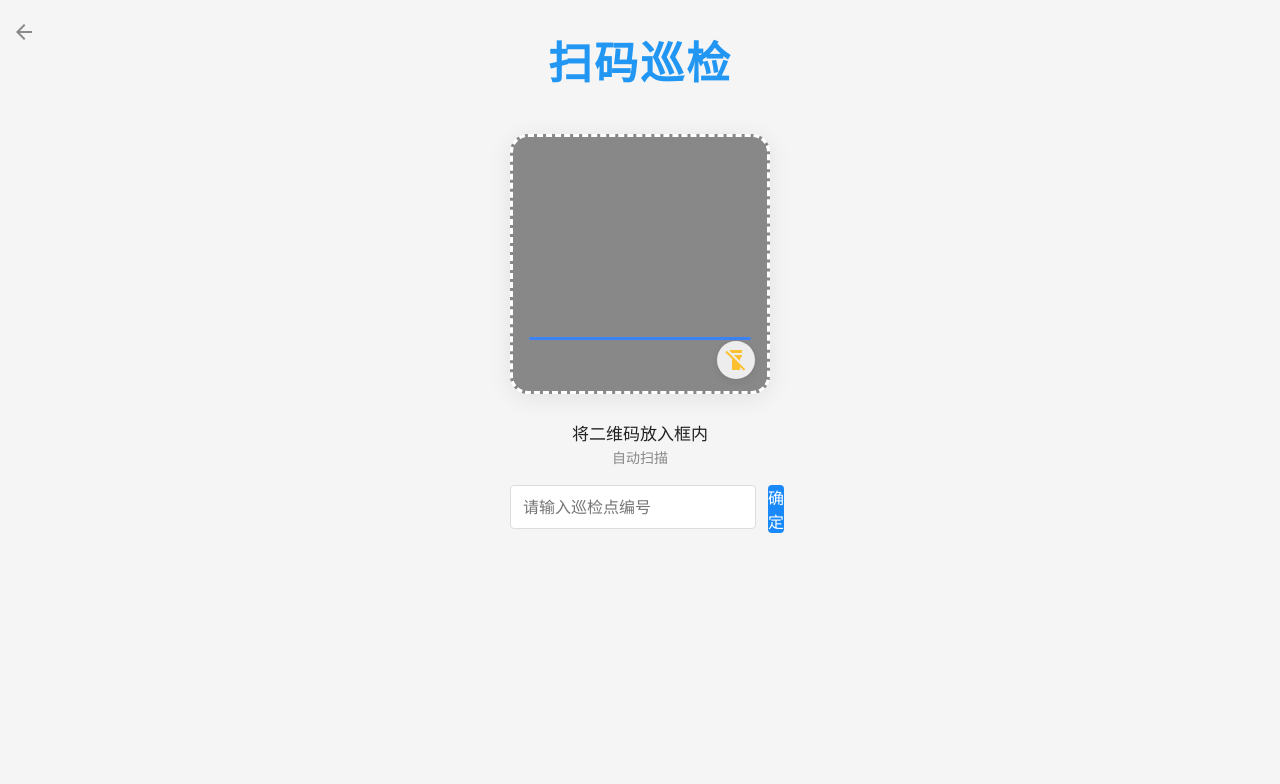
Repository: andyzheung/check-app
Page: /scan (app in App/web/)
An editor plug-in stored every save of this project. The page is shown before and after the next save, followed by the edit.
The browser window is 1280 px wide. The pictures show the whole page.
Some web fonts or font styles are not loaded; a fallback is used. The project was rebuilt for these pictures with package versions that can differ from the ones it lists, and the page was loaded fresh each time. Also part of the build but not shown: App/web/vite.config.js, App/web/src/api/record.js, App/web/src/views/RecordEdit.vue, App/web/src/views/InspectionForm.vue.

Above is the page before, as saved 2025-05-28 20:16:12.

### App/web/index.html
<!DOCTYPE html>
<html lang="zh-CN">
<head>
  <meta charset="UTF-8" />
  <meta name="viewport" content="width=device-width, initial-scale=1, maximum-scale=1, user-scalable=no" />
  <title>巡检系统</title>
</head>
<body>
  <div id="app"></div>
  <script type="module" src="/src/main.js"></script>
</body>
</html>

### App/web/src/App.vue
<template>
  <router-view />
</template>

<script setup>
</script>

<style>
body {
  margin: 0;
  font-family: 'PingFang SC', 'Microsoft YaHei', Arial, sans-serif;
  background: #f7f7f7;
  -webkit-font-smoothing: antialiased;
  -moz-osx-font-smoothing: grayscale;
}

#app {
  width: 100%;
  height: 100vh;
}
</style>

### App/web/src/assets/css/common.css
@import url('https://fonts.googleapis.com/icon?family=Material+Icons');
@import url('../icons/material-icons.css');

/* 公共样式 */
:root {
    --primary-color: #2196F3;
    --success-color: #4CAF50;
    --error-color: #F44336;
    --background-color: #F5F5F5;
    --text-color: #333333;
    --card-background: #FFFFFF;
}

* {
    margin: 0;
    padding: 0;
    box-sizing: border-box;
    font-family: 'Roboto', sans-serif;
}

html {
    font-size: 16px;
}

body {
    min-height: 100vh;
    background-color: var(--background-color);
    color: var(--text-color);
    padding-bottom: 64px; /* 预留底部导航栏空间 */
}

/* 底部导航样式 */
.bottom-nav {
    position: fixed;
    left: 0;
    right: 0;
    bottom: 0;
    width: 100vw;
    z-index: 100;
    padding-bottom: env(safe-area-inset-bottom);
    height: 56px;
    box-shadow: 0 -2px 10px rgba(0,0,0,0.05);
    background: #fff;
    display: flex;
    justify-content: space-around;
    align-items: center;
}

.nav-item {
    display: flex;
    flex-direction: column;
    align-items: center;
    color: #666;
    text-decoration: none;
}

.nav-item.active {
    color: var(--primary-color);
}

/* 返回按钮样式 */
.back-button {
    color: inherit;
    text-decoration: none;
    display: flex;
    align-items: center;
}

/* 卡片样式 */
.card {
    background-color: var(--card-background);
    border-radius: 8px;
    padding: 15px;
    margin-bottom: 15px;
    box-shadow: 0 2px 4px rgba(0,0,0,0.1);
}

/* 按钮样式 */
.button {
    padding: 12px 20px;
    border: none;
    border-radius: 4px;
    font-size: 16px;
    cursor: pointer;
    background-color: var(--primary-color);
    color: white;
    width: 100%;
}

/* 输入框样式 */
.input-field {
    width: 100%;
    padding: 12px;
    border: 1px solid #ddd;
    border-radius: 4px;
    font-size: 16px;
    margin-bottom: 15px;
}

/* 状态标签样式 */
.status-normal {
    background-color: var(--success-color);
    color: white;
    padding: 4px 8px;
    border-radius: 4px;
    font-size: 14px;
}

.status-abnormal {
    background-color: var(--error-color);
    color: white;
    padding: 4px 8px;
    border-radius: 4px;
    font-size: 14px;
}

### App/web/src/views/Login.vue
<template>
  <div class="login-container">
    <div class="login-logo">巡检<br />App</div>
    <form class="login-form" @submit.prevent="doLogin">
      <div class="input-group">
        <input
          class="input-field"
          v-model="username"
          placeholder="请输入AD账号"
        />
      </div>
      <div class="input-group">
        <input
          class="input-field"
          v-model="password"
          type="password"
          placeholder="请输入密码"
        />
      </div>
      <div class="remember-password">
        <label class="checkbox-container">
          <input type="checkbox" v-model="remember" />
          <span class="checkmark"></span>
          记住密码
        </label>
      </div>
      <button class="login-button" type="submit">登录</button>
      <div v-if="errorMsg" class="error">{{ errorMsg }}</div>
      <div class="default-tip">默认账号：admin / 密码：123456</div>
    </form>
  </div>
</template>

<script setup>
import { ref, onMounted } from 'vue'
import { useRouter } from 'vue-router'
import { login } from '@/api/auth'

const username = ref('')
const password = ref('')
const remember = ref(false)
const errorMsg = ref('')
const router = useRouter()

onMounted(() => {
  const saved = localStorage.getItem('loginInfo')
  if (saved) {
    const { username: u, password: p } = JSON.parse(saved)
    username.value = u
    password.value = p
    remember.value = true
  }
})

async function doLogin() {
  errorMsg.value = ''
  const res = await login(username.value, password.value)
  if (res.success) {
    if (remember.value) {
      localStorage.setItem(
        'loginInfo',
        JSON.stringify({ username: username.value, password: password.value })
      )
    } else {
      localStorage.removeItem('loginInfo')
    }
    router.push('/scan')
  } else {
    errorMsg.value = res.message
  }
}
</script>

<style src="@/assets/css/login.css"></style>

### App/web/src/views/Home.vue
<template>
  <div class="main-container">
    <div class="content-area">
      <div class="card task-card">
        <div class="card-title">今日巡检任务</div>
        <div class="card-desc">待完成任务：{{ pendingTasks }}</div>
        <div class="card-desc">已完成任务：{{ completedTasks }}</div>
      </div>
      <div class="card area-card">
        <div class="card-title">巡检区域</div>
        <div v-for="area in areas" :key="area.id" class="card-desc">{{ area.name }}</div>
      </div>
      <div class="scan-btn-section">
        <button class="scan-round-btn" @click="router.push('/scan')">
          <span class="material-icons">photo_camera</span>
        </button>
        <div class="scan-btn-label">扫码开始巡检</div>
      </div>
    </div>
    <div class="bottom-nav">
      <a :class="['nav-item', $route.path === '/home' ? 'active' : '']" @click.prevent="router.push('/home')">
        <span style="font-size: 22px;">📷</span>
        <span>巡检</span>
      </a>
      <a :class="['nav-item', $route.path === '/records' ? 'active' : '']" @click.prevent="router.push('/records')">
        <span style="font-size: 22px;">📜</span>
        <span>记录</span>
      </a>
      <a :class="['nav-item', $route.path === '/profile' ? 'active' : '']" @click.prevent="router.push('/profile')">
        <span style="font-size: 22px;">👤</span>
        <span>我的</span>
      </a>
    </div>
  </div>
</template>

<script setup>
import { ref, onMounted } from 'vue'
import { useRouter } from 'vue-router'
import request from '@/utils/request'

const router = useRouter()
const pendingTasks = ref(0)
const completedTasks = ref(0)
const areas = ref([])

async function fetchTodayTasks() {
  try {
    const res = await request.get('/api/v1/schedules/today')
    if (res.data?.code === 0) {
      pendingTasks.value = res.data.data.pendingTasks
      completedTasks.value = res.data.data.completedTasks
    }
  } catch (err) {
    console.error('获取今日任务失败:', err)
  }
}

async function fetchAreas() {
  try {
    const res = await request.get('/api/v1/areas')
    if (res.data?.code === 0) {
      areas.value = res.data.data
    }
  } catch (err) {
    console.error('获取巡检区域失败:', err)
  }
}

onMounted(async () => {
  await fetchTodayTasks()
  await fetchAreas()
})
</script>

<style scoped>
@import url('@/assets/css/common.css');
@import url('@/assets/css/main.css');
</style>

### App/web/src/views/Scan.vue
<template>
  <div class="scan-container">
    <!-- 返回按钮 -->
    <button class="back-btn" @click="goHome">
      <span class="material-icons">arrow_back</span>
    </button>
    <div class="scan-header">
      <h1>扫码巡检</h1>
    </div>
    <div class="scan-body">
      <div class="scan-frame">
        <div class="scan-line"></div>
        <!-- 手电筒按钮 -->
        <button class="torch-btn" @click="toggleTorch">
          <span class="material-icons">{{ torchOn ? 'flashlight_on' : 'flashlight_off' }}</span>
        </button>
      </div>
      <div class="scan-tip">
        <div class="tip-main">将二维码放入框内</div>
        <div class="tip-sub">自动扫描</div>
      </div>
      <div class="input-group">
        <input type="text" v-model="code" placeholder="请输入巡检点编号" @keyup.enter="handleCode" />
        <button @click="handleCode">确定</button>
      </div>
    </div>
  </div>
</template>

<script setup>
import { ref } from 'vue'
import { useRouter } from 'vue-router'

const router = useRouter()
const code = ref('')
const torchOn = ref(false)

function handleCode() {
  if (!code.value) {
    window.alert('请输入巡检点编号')
    return
  }

  // 验证区域编码格式
  const codePattern = /^AREA[A-C]\d{3}$/
  if (!codePattern.test(code.value)) {
    window.alert('巡检点编号格式不正确，请输入正确的编号')
    return
  }

  router.push({
    path: '/inspection-form',
    query: { code: code.value }
  })
}

function toggleTorch() {
  torchOn.value = !torchOn.value
  // 这里只做UI切换，实际扫码功能可后续对接
}

function goHome() {
  router.push('/home')
}
</script>

<style scoped>
.scan-container {
  min-height: 100vh;
  background: #f5f5f5;
  position: relative;
}

.back-btn {
  position: absolute;
  top: 18px;
  left: 12px;
  background: none;
  border: none;
  color: #888;
  font-size: 28px;
  z-index: 10;
  cursor: pointer;
}

.scan-header {
  padding: 28px 0 18px 0;
  text-align: center;
  font-size: 22px;
  font-weight: 700;
  color: var(--primary-color, #2196F3);
  letter-spacing: 2px;
}

.scan-body {
  display: flex;
  flex-direction: column;
  align-items: center;
  margin-top: 24px;
}

.scan-frame {
  width: 260px;
  height: 260px;
  background: #888;
  border-radius: 18px;
  margin-bottom: 18px;
  position: relative;
  box-shadow: 0 4px 24px rgba(0,0,0,0.08);
  display: flex;
  align-items: center;
  justify-content: center;
  border: 3px dashed #fff;
}

.scan-line {
  position: absolute;
  left: 16px;
  right: 16px;
  height: 3px;
  background-color: #3b82f6;
  top: 60px;
  border-radius: 2px;
  animation: scan 2s linear infinite;
}

@keyframes scan {
  0% { top: 60px; }
  50% { top: 200px; }
  100% { top: 60px; }
}

.torch-btn {
  position: absolute;
  right: 12px;
  bottom: 12px;
  background: rgba(255,255,255,0.85);
  border: none;
  border-radius: 50%;
  width: 38px;
  height: 38px;
  display: flex;
  align-items: center;
  justify-content: center;
  color: #fbc02d;
  font-size: 26px;
  box-shadow: 0 2px 8px rgba(0,0,0,0.08);
  cursor: pointer;
}

.scan-tip {
  margin-top: 8px;
  text-align: center;
}

.tip-main {
  font-size: 17px;
  color: #222;
  margin-bottom: 2px;
}

.tip-sub {
  font-size: 14px;
  color: #888;
}

.input-group {
  display: flex;
  gap: 12px;
  margin-top: 18px;
  width: 260px;
}

.input-group input {
  flex: 1;
  height: 44px;
  padding: 0 12px;
  border: 1px solid #ddd;
  border-radius: 4px;
  font-size: 16px;
  background: #fff;
}

.input-group button {
  width: 80px;
  background: #1989fa;
  color: #fff;
  border: none;
  border-radius: 4px;
  font-size: 16px;
  cursor: pointer;
}

.input-group button:active {
  background: #1976d2;
}
</style>

### App/web/src/assets/icons/material-icons.css
@font-face {
  font-family: 'Material Icons';
  font-style: normal;
  font-weight: 400;
  src: url('./MaterialIcons-Regular.woff2') format('woff2'),
       url('./MaterialIcons-Regular.woff') format('woff'),
       url('./MaterialIcons-Regular.ttf') format('truetype');
}

.material-icons {
  font-family: 'Material Icons';
  font-weight: normal;
  font-style: normal;
  font-size: 24px;
  line-height: 1;
  letter-spacing: normal;
  text-transform: none;
  display: inline-block;
  white-space: nowrap;
  direction: ltr;
  -webkit-font-feature-settings: 'liga';
  -webkit-font-smoothing: antialiased;
}

### App/web/src/assets/css/login.css
/* 登录页面样式 */
.login-container {
    height: 100vh;
    display: flex;
    flex-direction: column;
    align-items: center;
    justify-content: center;
    padding: 20px;
    background-color: #f7f7f7;
}

.login-logo {
    width: 120px;
    height: 100px;
    background-color: var(--primary-color);
    border-radius: 25px;
    margin-bottom: 50px;
    display: flex;
    align-items: center;
    justify-content: center;
    color: white;
    font-size: 24px;
    font-weight: 500;
    box-shadow: 0 8px 16px rgba(0, 0, 0, 0.1);
    padding: 0 15px;
    text-align: center;
    line-height: 1.2;
}

.login-form {
    width: 100%;
    max-width: 320px;
    background-color: white;
    padding: 30px;
    border-radius: 16px;
    box-shadow: 0 4px 12px rgba(0, 0, 0, 0.05);
}

.input-group {
    margin-bottom: 20px;
}

.input-field {
    width: 100%;
    padding: 15px;
    border: 1px solid #e5e5e5;
    border-radius: 12px;
    font-size: 16px;
    transition: all 0.3s ease;
    background-color: #f7f7f7;
}

.input-field:focus {
    outline: none;
    border-color: var(--primary-color);
    background-color: white;
    box-shadow: 0 0 0 2px rgba(0, 122, 255, 0.1);
}

.remember-password {
    margin-bottom: 25px;
}

.checkbox-container {
    display: flex;
    align-items: center;
    cursor: pointer;
    font-size: 15px;
    color: #666;
    user-select: none;
}

.checkbox-container input {
    position: absolute;
    opacity: 0;
    cursor: pointer;
    height: 0;
    width: 0;
}

.checkmark {
    position: relative;
    height: 20px;
    width: 20px;
    background-color: #f7f7f7;
    border: 1.5px solid #ddd;
    border-radius: 6px;
    margin-right: 10px;
    transition: all 0.2s ease;
}

.checkbox-container:hover input ~ .checkmark {
    border-color: var(--primary-color);
    background-color: rgba(0, 122, 255, 0.05);
}

.checkbox-container input:checked ~ .checkmark {
    background-color: var(--primary-color);
    border-color: var(--primary-color);
}

.checkmark:after {
    content: "";
    position: absolute;
    display: none;
}

.checkbox-container input:checked ~ .checkmark:after {
    display: block;
}

.checkbox-container .checkmark:after {
    left: 6px;
    top: 2px;
    width: 5px;
    height: 10px;
    border: solid white;
    border-width: 0 2px 2px 0;
    transform: rotate(45deg);
}

.login-button {
    width: 100%;
    padding: 15px;
    background-color: var(--primary-color);
    color: white;
    border: none;
    border-radius: 12px;
    font-size: 17px;
    font-weight: 500;
    cursor: pointer;
    transition: all 0.3s ease;
    box-shadow: 0 4px 12px rgba(0, 122, 255, 0.2);
}

.login-button:hover {
    transform: translateY(-1px);
    box-shadow: 0 6px 16px rgba(0, 122, 255, 0.3);
}

.login-button:active {
    transform: translateY(1px);
    box-shadow: 0 2px 8px rgba(0, 122, 255, 0.2);
}

### App/web/src/assets/css/records.css
/* 巡检记录页面样式 */
.records-container {
    min-height: 100vh;
    background: #f7f7f7;
    display: flex;
    flex-direction: column;
}

.records-header {
    background: var(--primary-color, #2196F3);
    color: #fff;
    padding: 24px 0 16px 0;
    text-align: center;
    position: relative;
}
.records-header h1 {
    font-size: 22px;
    font-weight: 700;
    margin: 0;
}
.role-switch {
    margin-top: 12px;
    display: flex;
    justify-content: center;
    gap: 12px;
}
.role-btn {
    background: #fff;
    color: var(--primary-color, #2196F3);
    border: none;
    border-radius: 18px;
    padding: 6px 18px;
    font-size: 15px;
    font-weight: 500;
    cursor: pointer;
    transition: background 0.2s, color 0.2s;
}
.role-btn.active {
    background: var(--primary-color, #2196F3);
    color: #fff;
    box-shadow: 0 2px 8px rgba(33,150,243,0.08);
}

.records-filter {
    display: flex;
    gap: 10px;
    align-items: center;
    background: #fff;
    padding: 14px 12px 8px 12px;
    border-radius: 12px;
    margin: 16px auto 0 auto;
    max-width: 420px;
    box-shadow: 0 2px 8px rgba(0,0,0,0.04);
    flex-wrap: wrap;
}
.filter-input {
    border: 1px solid #e0e0e0;
    border-radius: 8px;
    padding: 6px 10px;
    font-size: 14px;
    background: #fafbfc;
    outline: none;
    min-width: 90px;
}
.search-btn {
    background: var(--primary-color, #2196F3);
    color: #fff;
    border: none;
    border-radius: 8px;
    padding: 6px 12px;
    cursor: pointer;
    display: flex;
    align-items: center;
    transition: background 0.2s;
}
.search-btn .material-icons {
    font-size: 20px;
}

.records-content {
    display: flex;
    flex-direction: column;
    gap: 14px;
    margin: 18px auto 0 auto;
    max-width: 420px;
    width: 100%;
}
.record-card {
    background: #fff;
    border-radius: 14px;
    box-shadow: 0 2px 8px rgba(0,0,0,0.06);
    padding: 16px 18px;
    cursor: pointer;
    transition: box-shadow 0.2s;
    border: 1.5px solid #f0f0f0;
}
.record-card:hover {
    box-shadow: 0 4px 16px rgba(33,150,243,0.10);
}
.record-header {
    display: flex;
    align-items: center;
    justify-content: space-between;
    font-size: 16px;
    font-weight: 600;
    margin-bottom: 8px;
    gap: 10px;
}
.record-status {
    font-size: 15px;
    font-weight: 500;
    border-radius: 8px;
    padding: 2px 10px;
}
.status-normal {
    color: #43a047;
    background: #e8f5e9;
}
.status-abnormal {
    color: #e53935;
    background: #ffebee;
}
.record-inspector {
    font-size: 14px;
    color: #888;
    font-weight: 400;
    margin-left: 8px;
}
.record-info {
    display: flex;
    align-items: center;
    gap: 18px;
    font-size: 14px;
    color: #666;
}
.record-time {
    font-size: 14px;
    color: #666;
}

/* 底部导航栏复用common.css样式 */

### App/web/src/assets/css/profile.css
/* 个人中心页面样式 */
.profile-container {
    min-height: 100vh;
    background: #f7f7f7;
    display: flex;
    flex-direction: column;
    align-items: center;
}

.profile-topbar {
    width: 100vw;
    background: var(--primary-color, #2196F3);
    color: #fff;
    font-size: 22px;
    font-weight: 700;
    text-align: center;
    padding: 38px 0 24px 0;
    letter-spacing: 2px;
    box-sizing: border-box;
    position: relative;
    z-index: 1;
    margin-bottom: 18px;
}

.profile-content-wrapper {
    width: 100vw;
    display: flex;
    flex-direction: column;
    align-items: center;
}

.profile-card {
    width: 92vw;
    max-width: 440px;
    background: #fff;
    border-radius: 24px;
    box-shadow: 0 2px 16px rgba(0,0,0,0.10);
    margin: 0 auto 32px auto;
    display: flex;
    align-items: center;
    padding: 28px 28px 22px 28px;
    gap: 22px;
    position: relative;
    z-index: 2;
}

.profile-avatar {
    width: 84px;
    height: 84px;
    background: #e3f0fd;
    border: 3px solid #2196F3;
    border-radius: 50%;
    color: #2196F3;
    font-size: 36px;
    font-weight: 700;
    display: flex;
    align-items: center;
    justify-content: center;
    box-shadow: 0 2px 8px rgba(33,150,243,0.08);
}

.profile-info-block {
    display: flex;
    flex-direction: column;
    justify-content: center;
    gap: 2px;
}

.profile-name {
    font-size: 22px;
    font-weight: 700;
    color: #222;
}

.profile-meta {
    font-size: 16px;
    color: #666;
    margin-top: 2px;
}

.menu-list {
    width: 92vw;
    max-width: 440px;
    margin: 0 auto 0 auto;
    display: flex;
    flex-direction: column;
    gap: 22px;
}

.menu-item {
    background: #fff;
    border-radius: 16px;
    box-shadow: 0 2px 8px rgba(0,0,0,0.06);
    display: flex;
    align-items: center;
    padding: 0 22px 0 22px;
    height: 62px;
    font-size: 17px;
    font-weight: 500;
    color: #222;
    cursor: pointer;
    transition: box-shadow 0.2s;
    border: 1.5px solid #f0f0f0;
}

.menu-item:hover {
    box-shadow: 0 4px 16px rgba(33,150,243,0.10);
}

.menu-icon {
    margin-right: 16px;
    display: flex;
    align-items: center;
    font-size: 24px;
}

.menu-label {
    flex: 1;
    font-size: 17px;
    color: #222;
}

.menu-item .material-icons {
    font-size: 24px;
    color: #bbb;
}

.logout-button {
    width: 92vw;
    max-width: 440px;
    margin: 44px auto 0 auto;
    padding: 18px 0;
    background: #fff;
    color: #e53935;
    border: 2.5px solid #e53935;
    border-radius: 32px;
    font-size: 20px;
    font-weight: 700;
    text-align: center;
    cursor: pointer;
    transition: background 0.2s, color 0.2s;
    box-shadow: 0 2px 8px rgba(229,57,53,0.04);
}

.logout-button:hover {
    background: #e53935;
    color: #fff;
}

/* 底部导航栏复用common.css样式 */

Loaded but not shown: App/web/src/api/inspection.js (134 lines, source omitted); App/web/src/utils/request.js (105 lines, source omitted); App/web/src/stores/user.js (61 lines, source omitted); App/web/src/router.js (39 lines, source omitted); App/web/src/api/auth.js (25 lines, source omitted); App/web/src/main.js (13 lines, source omitted); App/web/src/views/Records.vue (198 lines, source omitted); App/web/src/assets/css/main.css (156 lines, source omitted); App/web/src/views/Profile.vue (95 lines, source omitted)

After the next save:
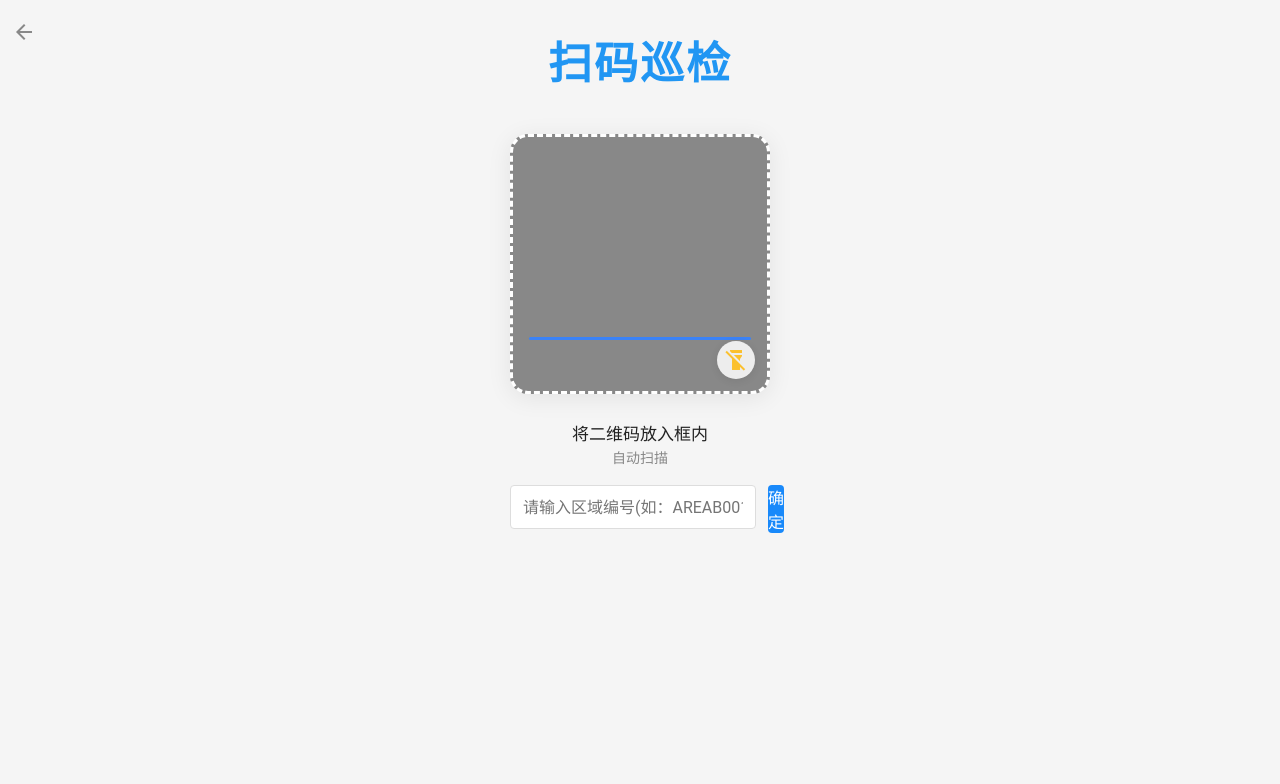
Saved 22 min 27 s later.
--- a/App/web/src/views/Scan.vue
+++ b/App/web/src/views/Scan.vue
@@ -20,8 +20,35 @@
         <div class="tip-sub">自动扫描</div>
       </div>
       <div class="input-group">
-        <input type="text" v-model="code" placeholder="请输入巡检点编号" @keyup.enter="handleCode" />
+        <input type="text" v-model="code" placeholder="请输入区域编号(如：AREAB001)" @keyup.enter="handleCode" />
         <button @click="handleCode">确定</button>
+      </div>
+      <!-- 添加区域信息显示 -->
+      <div v-if="areaInfo" class="area-info">
+        <h3>区域信息</h3>
+        <div class="info-item">
+          <span class="label">区域编号：</span>
+          <span>{{ areaInfo.areaCode }}</span>
+        </div>
+        <div class="info-item">
+          <span class="label">区域名称：</span>
+          <span>{{ areaInfo.areaName }}</span>
+        </div>
+        <div class="info-item">
+          <span class="label">区域类型：</span>
+          <span>{{ areaInfo.areaTypeName }}</span>
+        </div>
+        <div class="info-item">
+          <span class="label">状态：</span>
+          <span>{{ areaInfo.status === 'active' ? '活跃' : '未激活' }}</span>
+        </div>
+        <button class="start-btn" @click="startInspection" :disabled="areaInfo.status !== 'active'">
+          开始巡检
+        </button>
+      </div>
+      <!-- 添加错误提示 -->
+      <div v-if="error" class="error-message">
+        {{ error }}
       </div>
     </div>
   </div>
@@ -30,33 +57,46 @@
 <script setup>
 import { ref } from 'vue'
 import { useRouter } from 'vue-router'
+import { getAreaByCode } from '../api/inspection'
 
 const router = useRouter()
 const code = ref('')
 const torchOn = ref(false)
-
-function handleCode() {
+const areaInfo = ref(null)
+const error = ref('')
+
+async function handleCode() {
   if (!code.value) {
-    window.alert('请输入巡检点编号')
+    error.value = '请输入区域编号'
     return
   }
 
-  // 验证区域编码格式
-  const codePattern = /^AREA[A-C]\d{3}$/
-  if (!codePattern.test(code.value)) {
-    window.alert('巡检点编号格式不正确，请输入正确的编号')
-    return
+  try {
+    error.value = ''
+    const response = await getAreaByCode(code.value)
+    if (response.data) {
+      areaInfo.value = response.data
+    }
+  } catch (err) {
+    error.value = err.response?.data?.message || '获取区域信息失败'
+    areaInfo.value = null
   }
-
-  router.push({
-    path: '/inspection-form',
-    query: { code: code.value }
-  })
+}
+
+function startInspection() {
+  if (areaInfo.value) {
+    router.push({
+      path: '/inspection-form',
+      query: {
+        code: areaInfo.value.areaCode,
+        areaId: areaInfo.value.id
+      }
+    })
+  }
 }
 
 function toggleTorch() {
   torchOn.value = !torchOn.value
-  // 这里只做UI切换，实际扫码功能可后续对接
 }
 
 function goHome() {
@@ -194,4 +234,54 @@ function goHome() {
 .input-group button:active {
   background: #1976d2;
 }
+
+.area-info {
+  margin-top: 24px;
+  background: #fff;
+  padding: 16px;
+  border-radius: 8px;
+  width: 260px;
+  box-shadow: 0 2px 12px rgba(0,0,0,0.1);
+}
+
+.area-info h3 {
+  margin: 0 0 12px 0;
+  color: #333;
+  font-size: 18px;
+}
+
+.info-item {
+  margin-bottom: 8px;
+  font-size: 14px;
+  display: flex;
+  align-items: center;
+}
+
+.info-item .label {
+  color: #666;
+  width: 80px;
+}
+
+.error-message {
+  margin-top: 12px;
+  color: #f44336;
+  font-size: 14px;
+}
+
+.start-btn {
+  width: 100%;
+  height: 40px;
+  margin-top: 16px;
+  background: #1989fa;
+  color: #fff;
+  border: none;
+  border-radius: 4px;
+  font-size: 16px;
+  cursor: pointer;
+}
+
+.start-btn:disabled {
+  background: #ccc;
+  cursor: not-allowed;
+}
 </style>
